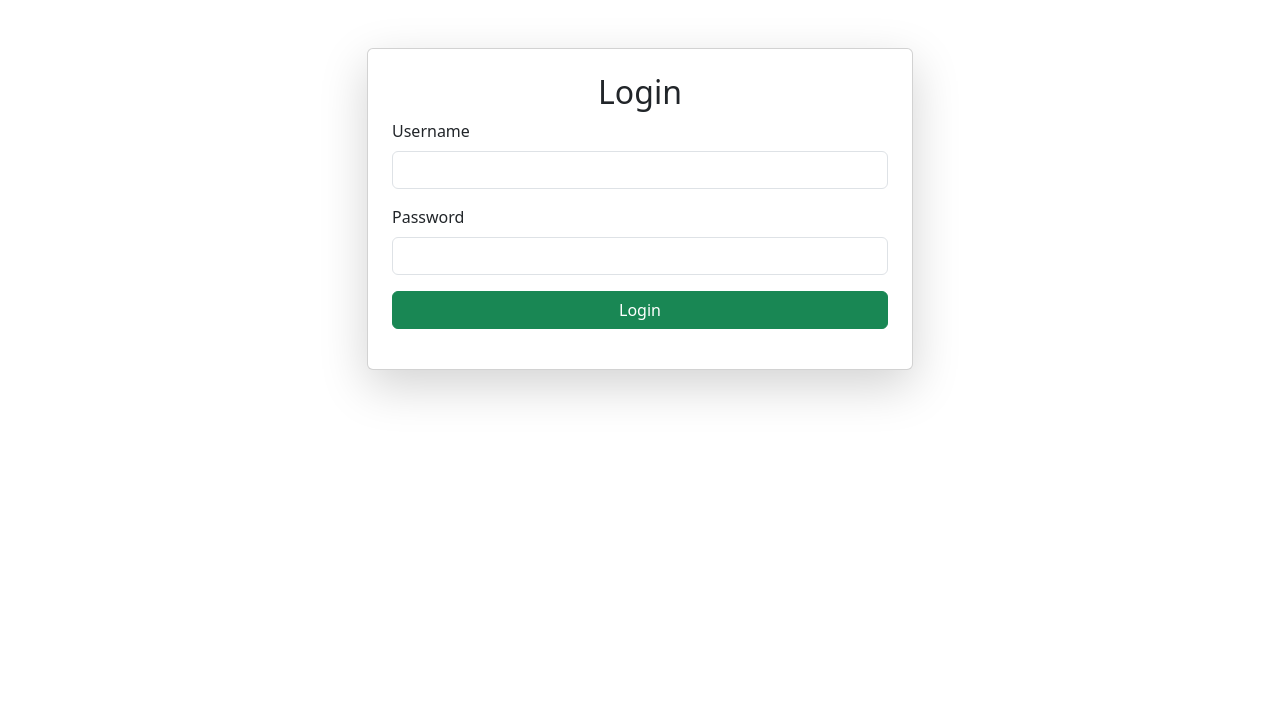
Repository: viraj2623/My_projects
Page: loginandregpr/src/main/webapp/login.html
The author's editor kept a copy of each file at every save. The page is drawn from the files as they stood at one save, then again after the next save.
The browser window is 1280 px wide. The pictures show the whole page.

Above is the page before, as saved 2025-03-05 08:49:04.

### loginandregpr/src/main/webapp/login.html
<!DOCTYPE html>
<html lang="en">
<head>
    <meta charset="UTF-8">
    <meta name="viewport" content="width=device-width, initial-scale=1.0">
    <title>Login</title>
    <link rel="stylesheet" href="https://cdnjs.cloudflare.com/ajax/libs/bootstrap/5.3.0/css/bootstrap.min.css">
</head>
<body>
    <div class="container mt-5">
        <div class="row justify-content-center">
            <div class="col-md-6">
                <div class="card shadow-lg p-4">
                    <h2 class="text-center">Login</h2>
                    <form action="Regandloginsrv" method="post">
                        <input type="hidden" name="movement" value="login">
                        <div class="mb-3">
                            <label for="username" class="form-label">Username</label>
                            <input type="text" id="username" name="username" class="form-control" required>
                        </div>
                        <div class="mb-3">
                            <label for="password" class="form-label">Password</label>
                            <input type="password" id="password" name="password" class="form-control" required>
                        </div>
                        <div class="d-grid">
                            <button type="submit" class="btn btn-success">Login</button>
                        </div>
                    </form>
                    <div class="text-center mt-3">
                    </div>
                </div>
            </div>
        </div>
    </div>
    <script src="https://cdnjs.cloudflare.com/ajax/libs/bootstrap/5.3.0/js/bootstrap.bundle.min.js"></script>
</body>
</html>

After the next save:
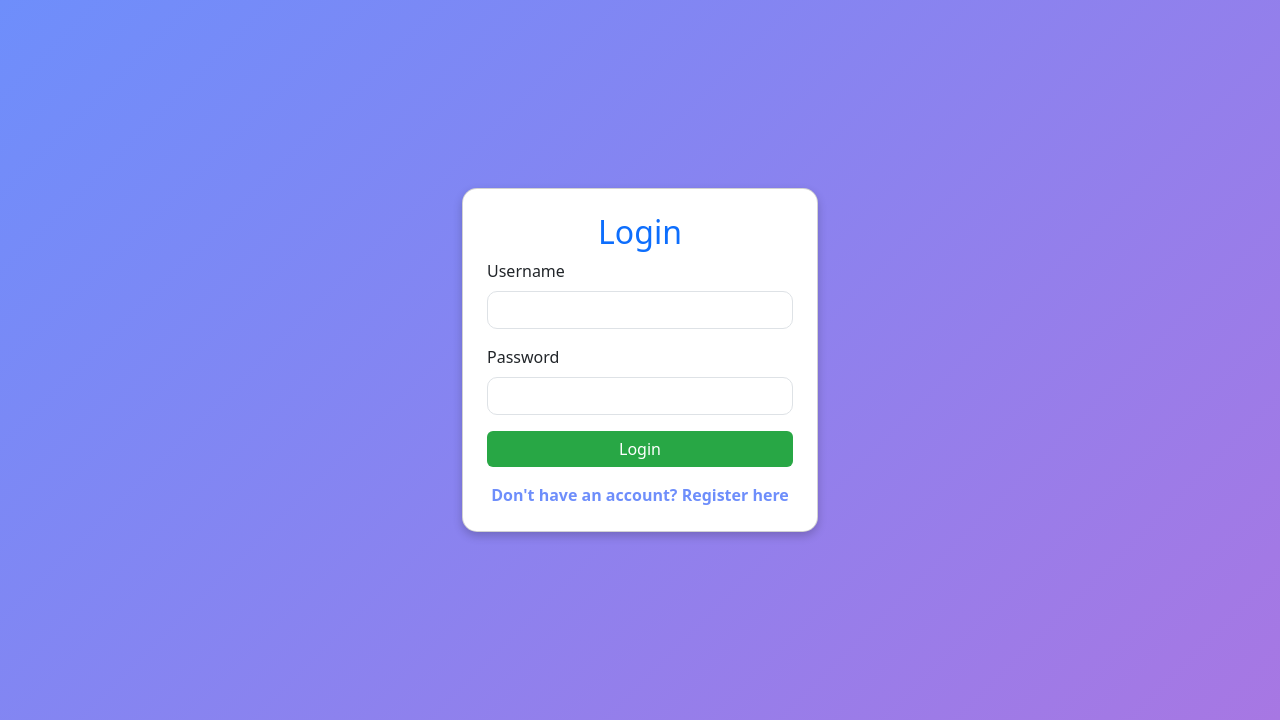
Saved 2 min 51 s later.
--- a/loginandregpr/src/main/webapp/login.html
+++ b/loginandregpr/src/main/webapp/login.html
@@ -5,13 +5,41 @@
     <meta name="viewport" content="width=device-width, initial-scale=1.0">
     <title>Login</title>
     <link rel="stylesheet" href="https://cdnjs.cloudflare.com/ajax/libs/bootstrap/5.3.0/css/bootstrap.min.css">
+    <style>
+        body {
+            background: linear-gradient(135deg, #6e8efb, #a777e3);
+            height: 100vh;
+            display: flex;
+            align-items: center;
+            justify-content: center;
+        }
+        .card {
+            border-radius: 15px;
+            box-shadow: 0px 4px 10px rgba(0, 0, 0, 0.2);
+        }
+        .btn-success {
+            background: #28a745;
+            border: none;
+            transition: 0.3s;
+        }
+        .btn-success:hover {
+            background: #218838;
+        }
+        .form-control {
+            border-radius: 10px;
+        }
+        .text-center a {
+            color: #6e8efb;
+            font-weight: bold;
+        }
+    </style>
 </head>
 <body>
-    <div class="container mt-5">
+    <div class="container">
         <div class="row justify-content-center">
-            <div class="col-md-6">
-                <div class="card shadow-lg p-4">
-                    <h2 class="text-center">Login</h2>
+            <div class="col-md-4">
+                <div class="card p-4 bg-white">
+                    <h2 class="text-center text-primary">Login</h2>
                     <form action="Regandloginsrv" method="post">
                         <input type="hidden" name="movement" value="login">
                         <div class="mb-3">
@@ -27,6 +55,7 @@
                         </div>
                     </form>
                     <div class="text-center mt-3">
+                        <a href="register.html" class="text-decoration-none">Don't have an account? Register here</a>
                     </div>
                 </div>
             </div>
